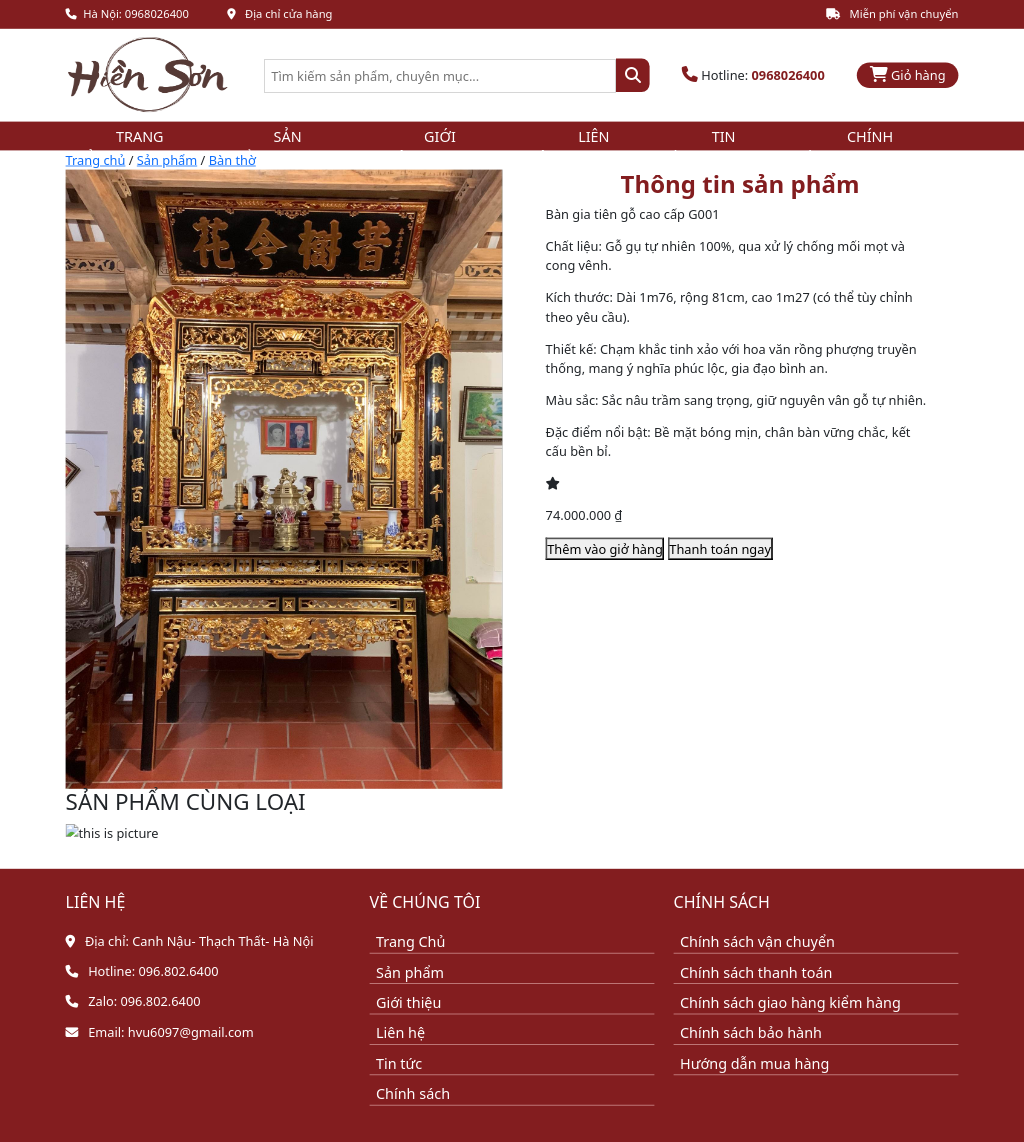
Repository: hoang28092000/do_go_hien_son
Page: product_details/ban_tho-g001.html
The author's editor kept a copy of each file at every save. The page is drawn from the files as they stood at one save, then again after the next save.
The browser window is 1280 px wide. The pictures show the whole page, at 80% of full size.
Some web libraries are served in a nearby version.

Above is the page before, as saved 2024-08-10 20:07:44.

### product_details/ban_tho-g001.html
<!DOCTYPE html>
<html lang="en">
<head>
    <meta charset="UTF-8">
    <meta name="viewport" content="width=device-width, initial-scale=1.0">
    <link rel="stylesheet" href="../asset/style.css">
    <link rel="stylesheet" href="https://cdnjs.cloudflare.com/ajax/libs/font-awesome/6.6.0/css/all.min.css" integrity="sha512-Kc323vGBEqzTmouAECnVceyQqyqdsSiqLQISBL29aUW4U/M7pSPA/gEUZQqv1cwx4OnYxTxve5UMg5GT6L4JJg==" crossorigin="anonymous" referrerpolicy="no-referrer" />
    <link href="https://cdn.jsdelivr.net/npm/bootstrap@5.3.3/dist/css/bootstrap.min.css" rel="stylesheet" integrity="sha384-QWTKZyjpPEjISv5WaRU9OFeRpok6YctnYmDr5pNlyT2bRjXh0JMhjY6hW+ALEwIH" crossorigin="anonymous">
    <title>Bàn thờ gia tiên G001</title>
</head>
<body>
    <div id="header">
        <div class="top_header">
            <div class="container">
                <div class=" d-flex align-items-center justify-content-between pt-1">
                    <div class="d-flex">
                        <p class="mb-0 me-5"><a href="" class="txt-th">
                            <i class="fa-solid fa-phone icon-th pe-2"></i>Hà Nội: 0968026400
                        </a></p>
                        <p class="mb-0"><a href="" class="txt-th">
                            <i class="fa-solid fa-location-dot icon-th pe-2"></i>
                        Địa chỉ cửa hàng</a></p>
                    </div>
                    <p class="mb-0"><a href="" class="txt-th">
                        <i class="fa-solid fa-truck icon-th pe-2"></i>
                    Miễn phí vận chuyển</a></p>
                </div>
            </div>
        </div>
    </div>

        <div class="main_header py-2">
            <div class="container">
                <ul class="d-flex justify-content-between align-items-center ps-0 mb-0">
                    <li class="logo-hs">
                        <a href="../index.html"><img src="../asset/image/logo_1.png" class="logo-hd" alt=""></a>
                    </li>
                    <li class="search-hd">
                        <input type="text" class="input-search-hd" placeholder="Tìm kiếm sản phẩm, chuyên mục..."><i class="fa-solid fa-magnifying-glass icon-search_hd"></i>
                    </li>

                    <li class="contact-hd">
                        <i class="fa-solid fa-phone icon-hd "></i>
                        <span class="txt-hd">Hotline: <b style="color: #831d1f;">0968026400</b></span>
                    </li>

                    <li class="cart-hd">
                        <p class="mb-0 cart-list py-1 px-3">
                            <i class="fa-solid fa-cart-shopping icon-cart"></i><span class="txt-cart"> Giỏ hàng</span>
                        </p>
                    </li>
                </ul>
            </div>
        </div>

        <div class="bottom_header">
            <div class="container">
                <ul class="links d-flex justify-content-center align-items-center mb-0 ps-0">
                    <li class="link "><a href="../index.html" class="txt-link">TRANG CHỦ</a></li>
                    <li class="link"><a href="../website/product.html" class="txt-link">SẢN PHẨM</a></li>
                    <li class="link"><a href="../website/about-us.html" class="txt-link">GIỚI THIỆU</a></li>
                    <li class="link"><a href="../website/contact.html" class="txt-link">LIÊN HỆ</a></li>
                    <li class="link"><a href="../website/news.html" class="txt-link">TIN TỨC</a></li>
                    <li class="link"><a href="../website/policy.html" class="txt-link">CHÍNH SÁCH</a></li>
                 </ul>
            </div>
        </div>
    </div>
    <div class="main-product_details">
        <div class="container">
            <div class="links-product_details">
                <a href="../index.html" class="">Trang chủ</a>
                <span class="slash"> /</span>
                <a href="../website/product.html" class="">Sản phẩm</a>
                <span class="slash"> /</span>
                <a href="../website/product.html" class="">Bàn thờ</a>
            </div>

            <div class="card-p_details">
                <div class="row">
                    <div class="col-lg-6">
                        <img src="../asset/image/anhn1.jfif" alt="" class="img-p_details w-100">
                    </div>
                    <div class="col-lg-6">
                        <div class="info-p_details">
                            <h3 class="name-p_details">
                                Thông tin sản phẩm
                            </h3>

                            <div class="desc-info-pd">
                                <p class="heading-pd">
                                    Bàn gia tiên gỗ cao cấp G001
                                </p>
                                <p class="txt-pd ">
                                    Chất liệu: Gỗ gụ tự nhiên 100%, qua xử lý chống mối mọt và cong vênh.
                                </p>
                                <p class="txt-pd ">
                                    Kích thước: Dài 1m76, rộng 81cm, cao 1m27 (có thể tùy chỉnh theo yêu cầu).
                                </p>
                                <p class="txt-pd ">
                                    Thiết kế: Chạm khắc tinh xảo với hoa văn rồng phượng truyền thống, mang ý nghĩa phúc lộc, gia đạo bình an.
                                </p>
                                <p class="txt-pd ">
                                    Màu sắc: Sắc nâu trầm sang trọng, giữ nguyên vân gỗ tự nhiên.
                                </p>
                                <p class="txt-pd ">
                                    Đặc điểm nổi bật: Bề mặt bóng mịn, chân bàn vững chắc, kết cấu bền bỉ.
                                </p>
                            </d>
                            <p class="evaluate">
                                <i class="fa-solid fa-star icon-star"></i>

                            </p>
                            <p class="price-pd">74.000.000 ₫</p>
                            <div class="pay">
                                <button class="add_cart">Thêm vào giở hàng</button>
                                <button class="buy">Thanh toán ngay</button>
                            </div>
                        </div>
                    </div>
                </div>
            </div>
            <h3 class="title-pd">
                SẢN PHẨM CÙNG LOẠI
            </h3>
            <div class="pd-relate">
                <div class="row">
                    <div class="col-lg-3">
                        <div class="card-pd">
                            <img src="" alt="this is picture">
                            <p class="name-product_r"></p>
                            <p class="info-pd_r"></p>
                        </div>
                    </div>
                </div>
            </div>
        </div>
    </div>


    <div id="footer" class="mt-3">
        <div class="container">
            <div class="row">
                <div class="col-lg-4">
                    <h4 class="title-ft">LIÊN HỆ</h4>
                    <ul class="list-info">
                        <li>
                            <i class="fa-solid fa-location-dot icon-ft pe-2"></i>
                            <span class="txt-ft">Địa chỉ: Canh Nậu- Thạch Thất- Hà Nội</span>
                        </li>
                        <li>
                            <i class="fa-solid fa-phone icon-ft pe-2"></i>
                            <span class="txt-ft">Hotline: 096.802.6400</span>
                        </li>
                        <li>
                            <i class="fa-solid fa-phone icon-ft pe-2"></i>
                            <span class="txt-ft">Zalo: 096.802.6400    </span>
                        </li>
                        <li>
                            <i class="fa-solid fa-envelope icon-ft pe-2"></i>
                           <span class="txt-ft">Email: hvu6097@gmail.com</span>
                        </li>
                    </ul>
                </div>
                <div class="col-lg-4">
                    <h4 class="title-ft">
                        VỀ CHÚNG TÔI
                    </h4>
                    <ul class="list-links ps-0">
                        <li class="item-link"><a href="../index.html" class="link-ft">Trang Chủ </a></li>
                        <li class="item-link"><a href="../website/product.html" class="link-ft">Sản phẩm</a></li>
                        <li class="item-link"><a href="../website/about-us.html" class="link-ft">Giới thiệu</a></li>
                        <li class="item-link"><a href="../website/contact.html" class="link-ft">Liên hệ</a></li>
                        <li class="item-link"><a href="../website/news.html" class="link-ft">Tin tức</a></li>
                        <li class="item-link"><a href="../website/policy.html" class="link-ft">Chính sách</a></li>
                    </ul>
                </div>
                <div class="col-lg-4">
                    <h4 class="title-ft">
                       CHÍNH SÁCH
                    </h4>
                    <ul class="list-links ps-0">
                        <li class="item-link"><a href="../website/policy.html" class="link-ft">Chính sách vận chuyển </a></li>
                        <li class="item-link"><a href="../website/policy.html" class="link-ft">Chính sách thanh toán</a></li>
                        <li class="item-link"><a href="../website/policy.html" class="link-ft">Chính sách giao hàng kiểm hàng</a></li>
                        <li class="item-link"><a href="../website/policy.html" class="link-ft">Chính sách bảo hành</a></li>
                        <li class="item-link"><a href="../website/policy.html" class="link-ft">Hướng dẫn mua hàng</a></li>
                    </ul>
                </div>

            </div>
        </div>
    </div>
</body>
</html>

### asset/style.css
*{
    padding: 0px;
    margin: 0px ;
    box-sizing: border-box;
    list-style: none;
}

.top_header{
    height: 36px;
    background-color: #831d1f;
}

.top_header .txt-th{
    color: #fff;
    font-size: 14px;
    text-decoration: none;
    font-weight: 500;
}

.top_header .icon-th{
    color: #fff;
}
.top_header .txt-th:hover,
.top_header .icon-th:hover{
    opacity: 0.7;
}

.main_header .logo-hd{
    height: 100px;
    width: 208px;
}
.main_header .input-search-hd{
    font-size: 16px;
    color: #333;
    padding-left: 8px;
    width: 440px;
    height: 42px;
    border: 1px solid #ccc;
    outline: none;
}
.main_header .icon-search_hd{
    font-size: 20px;
    background-color: #831d1f;
    padding: 11px;
    color: #fff;
    border-radius: 0 10px 10px 0;
}
.main_header .icon-search_hd:hover{
    opacity: 0.7;
    cursor: pointer;
}
.main_header .contact-hd .icon-hd{
    font-size: 20px;
    color: #831d1f;
}
.cart-hd .cart-list{
    background-color: #831d1f;
    border-radius: 16px;
}
.cart-hd .txt-cart{
    font-size: 16px;
    font-weight: 500;
    color: #fff;
}
.cart-hd .icon-cart{
    font-size: 20px;
    color: #fff;
}
.cart-hd .cart-list:hover{
    opacity: 0.7;
    cursor: pointer;
}

.bottom_header{
    height: 36px;
    background-color: #831d1f;
}
.bottom_header .links{
    list-style: none;
    padding-top: 6px;
}

.links .txt-link{
    text-decoration: none;
    font-size: 18px;
    font-weight: 500;
    color: #fff;
    padding: 7px 63px 5px;
}
/* .links .txt-link:first-child{
    padding-left:0 ;

}
.links .txt-link:last-child{
    padding-right:0 ;
} */
.links .txt-link:hover{
    cursor: pointer;
    background-color: #bd7071;
}


/* Main*/
#main{
    padding: 20px 0;
}

.left-main .product_portfolio .txt_portfolio{
    font-size: 18px;
    font-weight: 600;
    padding: 4px 10px 4px 0;
    text-align: center;
    background-color: #831d1f;
    color: #fff;
}

.left-main .list_portfolio .items-product{
    border-bottom: 1px solid #ccc;
    padding: 10px 0 4px;
}

.left-main .list_portfolio .items-product:hover{
    background-color: #bd7071;
    color: #fff;
    cursor: pointer;
}
.left-main .list_portfolio .items-product:hover .txt-porduct {
    color: #fff;
}

.left-main .list_portfolio .txt-porduct{
    font-size: 18px;
    color: #333;
    text-decoration: none;
    padding-left: 4px;
    font-weight: 500;
}

/* right-main */

.right-main .first_news .txt-title{
    font-size: 32px;
    font-weight: 600;
    color: #fff;
    background-color: #831d1f;
    padding-left: 10px;

}
.right-main .first_news .hr-title{
    height: 3px;
    background-color: rgb(83, 19, 19);
}
.right-main .first_news .img-rm{
    height: 700px;
}

.right-main .first_news .title-news{
    font-size: 24px;
    font-weight: 500;
    color: #333;

}
.right-main .first_news .txt-bnews{
    font-size: 22px;
    font-weight: 500;
    color: #333;
}
.right-main .first_news .txt-news{
    font-size: 18px;
    color: 16px;
    padding-left: 40px;
    font-weight: 400;
}

.right-main .first_news  .btxt-news{
    font-size: 20px;
    font-weight: 400;
    color: #333;
    padding-left: 20px;
}


/* Main product */
#main .product .img-product{
    height: 412px;
}
#main .product{
    box-shadow: 0px 0px 5px 4px #ccc;
    padding-bottom: 20px;
}
.link-product{
    text-decoration: none;

}
.product .name-product{
    font-size: 18px;
    color: #333;
    font-weight: 500;
    text-align: center;

}
.product .sold-out{
    font-size: 16px;
    color: #757070;
    text-align: center;
}
.product .price-pr{
    font-size: 18px;
    font-weight: 500;
    color: #757070;
    text-decoration: line-through;
}
.product .price-promotion{
    font-size: 18px;
    font-weight: 500;
    color: #fff;
    background-color: #831d1f;
    border-radius: 20px;
    text-align: center;
    padding: 4px 10px;
}
.product .icon_cart-product{
    font-size: 20px;
    color: #831d1f;
    margin-left: 10px;
}

#main .relate_news .title_relate{
    font-size: 24px;
    color: #fff;
    background-color: #831d1f;
    padding: 8px 0 8px 8px;
}
.relate_news .link-relate{
    text-decoration: none;
}
.relate_news .card-relate{
    padding-bottom: 20px;
    box-shadow: 0px 0px 5px 4px #ccc;
}
.card-relate .img-relate{
    height: 229px;
}
.card-relate .info_relate{
    padding: 20px 20px 0 20px;
}
.card-relate .info_relate .h-relate{
    font: size 18px;
    color: #333;
    font-weight: 500;
}
.card-relate .info_relate .desc-relate{
    font-size: 16px;
    font-weight: 400;
    color: #333;
}




/* main about-us */
.main_about-us .title-as{
    font-size: 30px;
    font-weight: 600;
    color: #831d1f;
    text-align: center;
}
.main_about-us .hr-as{
    width: 200px;
    height: 4px;
    background-color: #831d1f;
    margin: 0 auto;
}
.main_about-us .heading-txt{
    font-size: 20px;
    font-weight: 500;
    color: #333;
}

.main_about-us .desc-as{
    font-size: 18px;
    color: #333;
    line-height: 1.8;
}


/* main contact */

.main-contact .title-contact{
    font-size: 30px;
    font-weight: 600;
    color: #831d1f;
    text-align: center;
}

.main-contact .my-info{
    box-shadow: 0px 0px 5px 4px #ccc;
    padding:  20px ;
    height: 437px;
}
.main-contact .my-info .logo-info{
    width: 100px;
    height: 100px;
    border: 2px double #831d1f;

}
.main-contact .my-info .icon-contact{
    font-size: 20px;
    color: #831d1f;
}

.main-contact .my-info .your-info{
    font-size: 22px;
    font-weight: 500;
    color: #831d1f;
    text-align: center;
}
.main-contact .my-info .txt-yi{
    font-size: 18px;
    color: #333;
    font-weight: 500;
}

.main-contact .my-info .input-yi{
    width: 100%;
    outline: none;
    border: 1px solid #ccc;
    padding : 4px 0 4px 6px;
}
.main-contact .text-contact{
    font-size: 18px;
    color: #831d1f;
    font-weight: 500;
    text-align: center;
}
.main-contact .btn-submit{
    border-radius: 10px;
    background-color: #831d1f;
    color: #fff;
    padding: 6px 30px;
    font-size: 18px;
}


/* main-news*/
.main-news .title-news{
    font-size: 24px;
    font-weight: 500;
    color: #831d1f;
    border-bottom: 5px solid #831d1f;
}
.main-news .img-news{
    height: 205px;
}

.main-news .link-news{
    text-decoration: none;
}

.main-news .card-news{
    height: 373px;
    border: 1px solid #ccc;
}

.main-news .link-news .info-news{
    padding: 0 8px;
}

.main-news .link-news .heading-news{
    font-size: 18px;
    font-weight: 500;
    color: #333;
    padding-top: 16px;
    margin-bottom: 0;
}
.main-news .link-news .desc-news{
    font-size: 16px;
    font-weight: 400;
    color: #333;
    margin-top: 4px;
    margin-bottom: 0;
}
.main-news .link-news .time-up{
    font-size: 12px;
    color: #757070;
    font-style: italic;
    padding: 10px 0 20px;
    float: right ;
}

/*main policy  */
.main-policy .title-policy{
    font: 30px;
    color: #831d1f;
    font-weight: 700;
    text-align: center;
    padding-top: 40px;
}
.main-policy .hr-policy{
    width: 200px;
    height: 4px;
    background-color: #831d1f;
    margin: 0 auto;
}
.main-policy .info-policy{
    margin-bottom: 32px;
}

.main-policy .heading-policy{
    font-size: 20px;
    color: #333;
    font-weight: 500;
}

.main-policy .txt-policy{
    padding-left: 20px;
}


/* main thiết kế phòng thờ hợp phong thủy */
.main-design_news .title-ds_news{
    font-size: 30px;
    font-weight: 700;
    color: #831d1f;
    margin-top: 30px;
    text-align: center;
}
.main-design_news .desc-news{
    font-size: 20px;
    color: #333;
    font-weight: 400;
    line-height: 1.7;
}
.main-design_news .img-news{
    height: 400px;
    width: 45%;
    padding: 10px 20px;
}
.main-design_news .desc-img{
    font-size: 16px;
    color: #423e3e;
    font-style: italic;
    text-align: center;
    padding-top: 20px;
}
.main-design_news .title_desc-news{
    font-size: 24px;
    font-weight: 600;
}


/* main- san pham chi tiet */

.main-product_details{

}
.main-product_details .info-p_details{
    padding: 0 30px;

}
.main-product_details .info-p_details .name-p_details{
    font-size: 30px;
    color: #831d1f;
    font-weight: 600;
    text-align: center;
}
/* footer */
#footer{
    background-color: #831d1f;
    padding: 30px 0;
}
#footer .title-ft{
    font-size: 20px;
    font-weight: 500;
    color: #fff;
    margin-bottom: 24px;
}
#footer .list-info{
    padding-left: 0;
}
#footer .txt-ft ,
.icon-ft{
    color: #fff;
    font-size: 16px;
    font-weight: 400;
    padding-bottom: 18px;
}
#footer .list-links .link-ft{
    font-size: 18px;
    color: #fff;
    font-weight: 400;
    text-decoration: none;
    padding-left: 8px;
}
#footer .list-links .item-link{
    border-bottom: 1px solid #cc8b8b;
    margin-bottom: 10px;
}
#footer .list-links .item-link:hover{
    background-color: #bd7071;
    cursor: pointer;

}

After the next save:
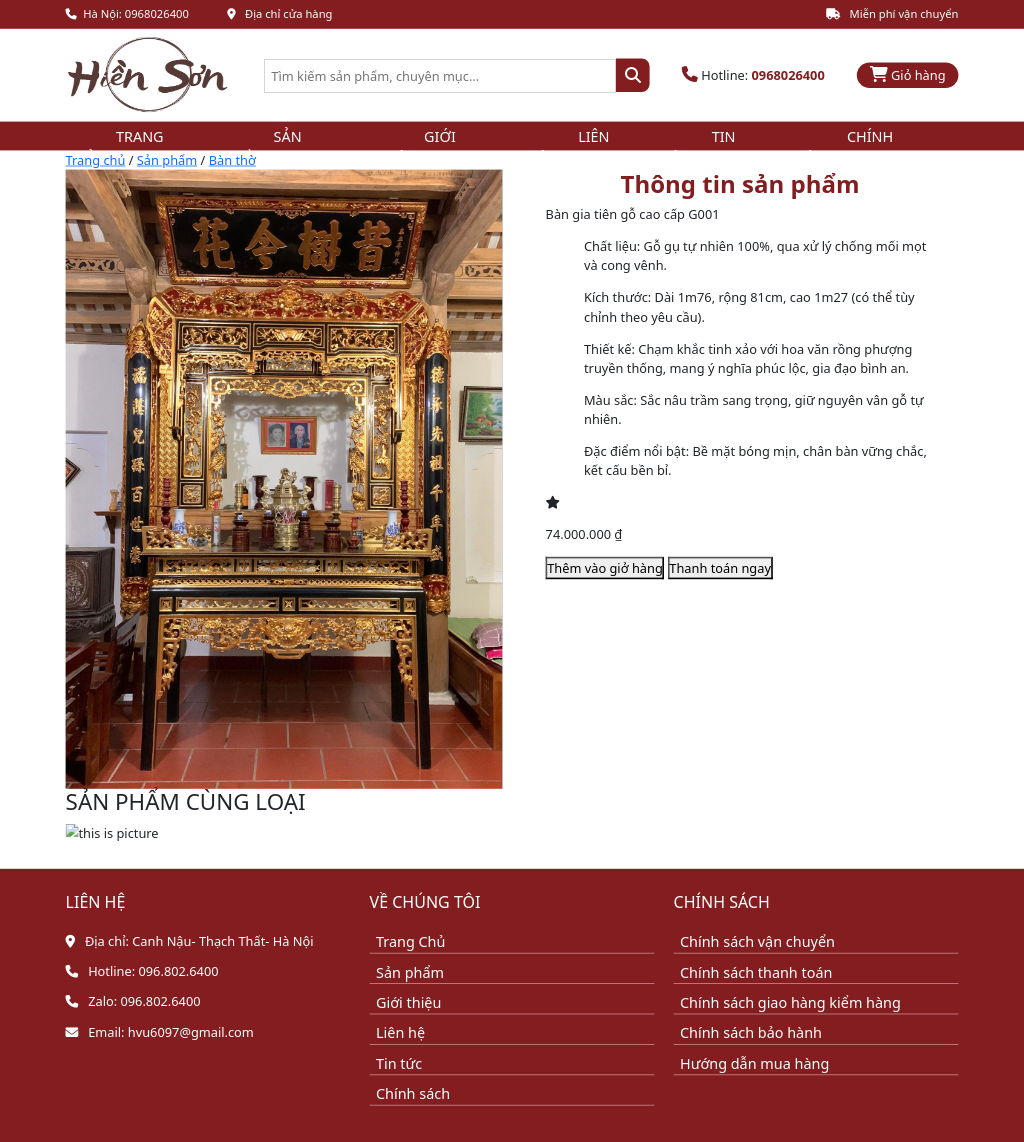
Saved 4 s later.
--- a/product_details/ban_tho-g001.html
+++ b/product_details/ban_tho-g001.html
@@ -91,19 +91,19 @@
                                 <p class="heading-pd">
                                     Bàn gia tiên gỗ cao cấp G001
                                 </p>
-                                <p class="txt-pd ">
+                                <p class="txt-pd ps-5">
                                     Chất liệu: Gỗ gụ tự nhiên 100%, qua xử lý chống mối mọt và cong vênh.
                                 </p>
-                                <p class="txt-pd ">
+                                <p class="txt-pd ps-5">
                                     Kích thước: Dài 1m76, rộng 81cm, cao 1m27 (có thể tùy chỉnh theo yêu cầu).
                                 </p>
-                                <p class="txt-pd ">
+                                <p class="txt-pd ps-5">
                                     Thiết kế: Chạm khắc tinh xảo với hoa văn rồng phượng truyền thống, mang ý nghĩa phúc lộc, gia đạo bình an.
                                 </p>
-                                <p class="txt-pd ">
+                                <p class="txt-pd ps-5">
                                     Màu sắc: Sắc nâu trầm sang trọng, giữ nguyên vân gỗ tự nhiên.
                                 </p>
-                                <p class="txt-pd ">
+                                <p class="txt-pd ps-5">
                                     Đặc điểm nổi bật: Bề mặt bóng mịn, chân bàn vững chắc, kết cấu bền bỉ.
                                 </p>
                             </d>
